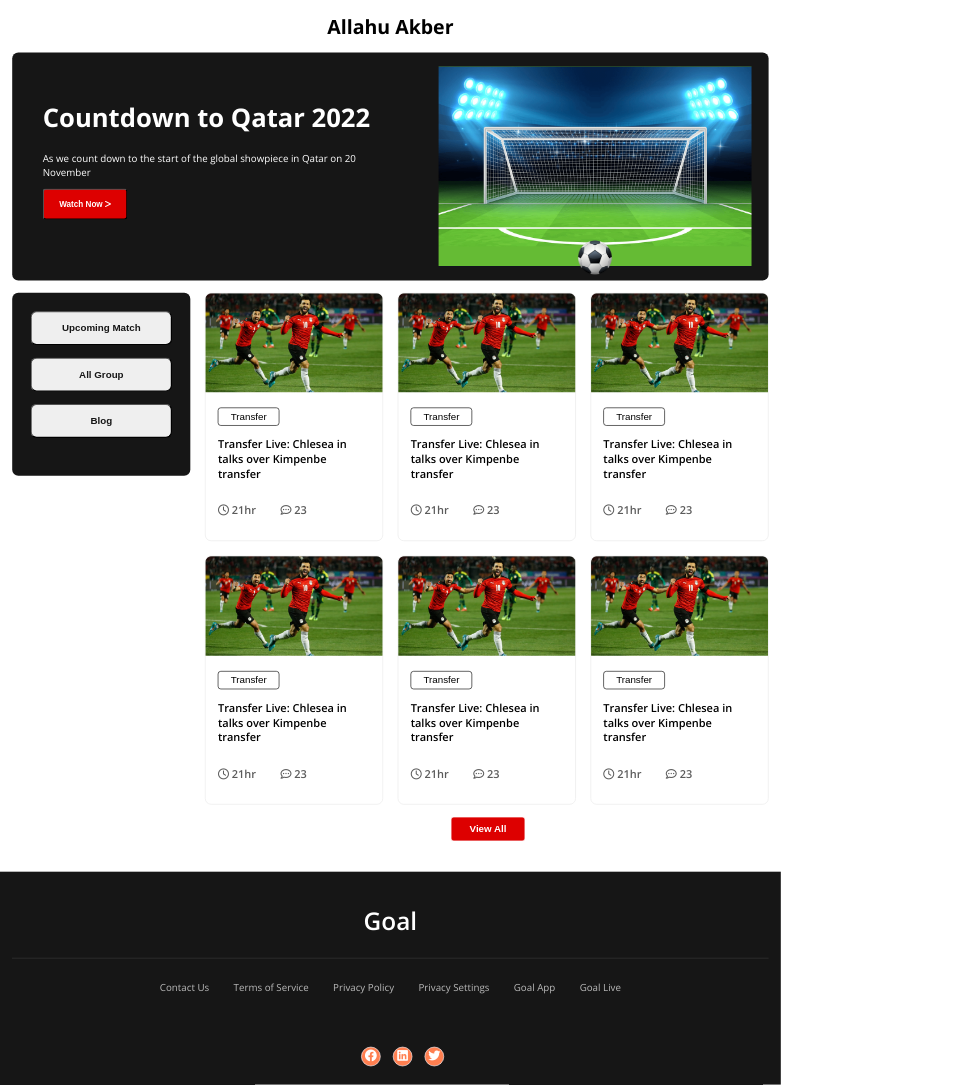
Repository: zjria/Qatar-world-cup
Page: match.html
The author's editor kept a copy of each file at every save. The page is drawn from the files as they stood at one save, then again after the next save.
The browser window is 1280 px wide. The page is 1600 px wide, so the pictures cover 1600 px, including what lies to the right of the window. The pictures show the whole page, at 61% of full size.

Above is the page before, as saved 2022-09-10 09:59:29.

After the next save:
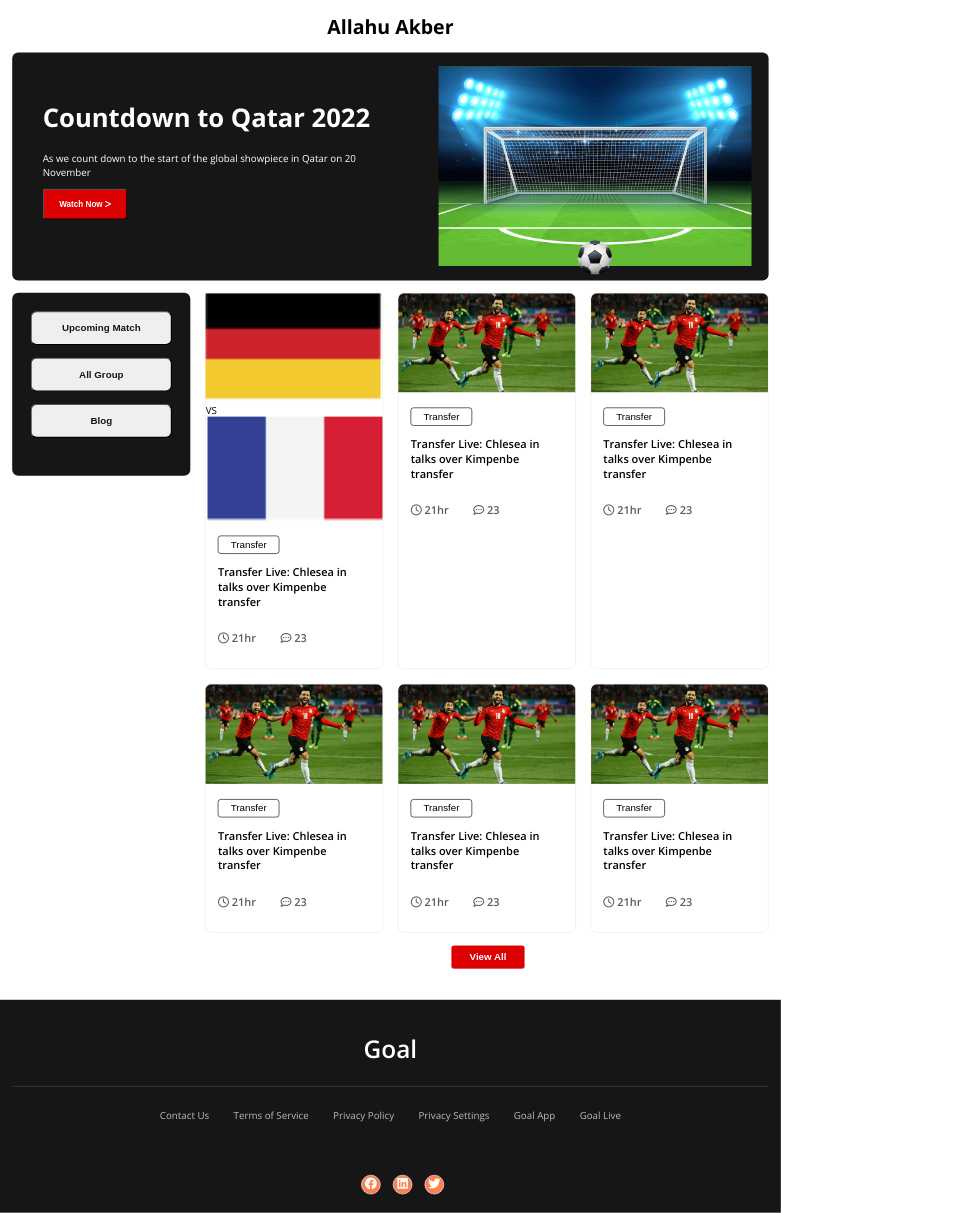
Saved 3 min 9 s later.
--- a/match.html
+++ b/match.html
@@ -59,7 +59,10 @@
         <!-- Main Section Start HTML  -->
         <main class="main-section">
             <div class="transfer">
-                <img src="images/Blog Image.png" alt=""> <br>
+                <div class="match-vs">
+                    <img src="images/germany Flag.png" alt=""> <span>VS</span>
+                    <img src="images/Flag.png" alt="">
+                </div>
                 <div class="button-text">
                     <button>Transfer</button>
                     <p>Transfer Live: Chlesea in talks over Kimpenbe transfer</p>
